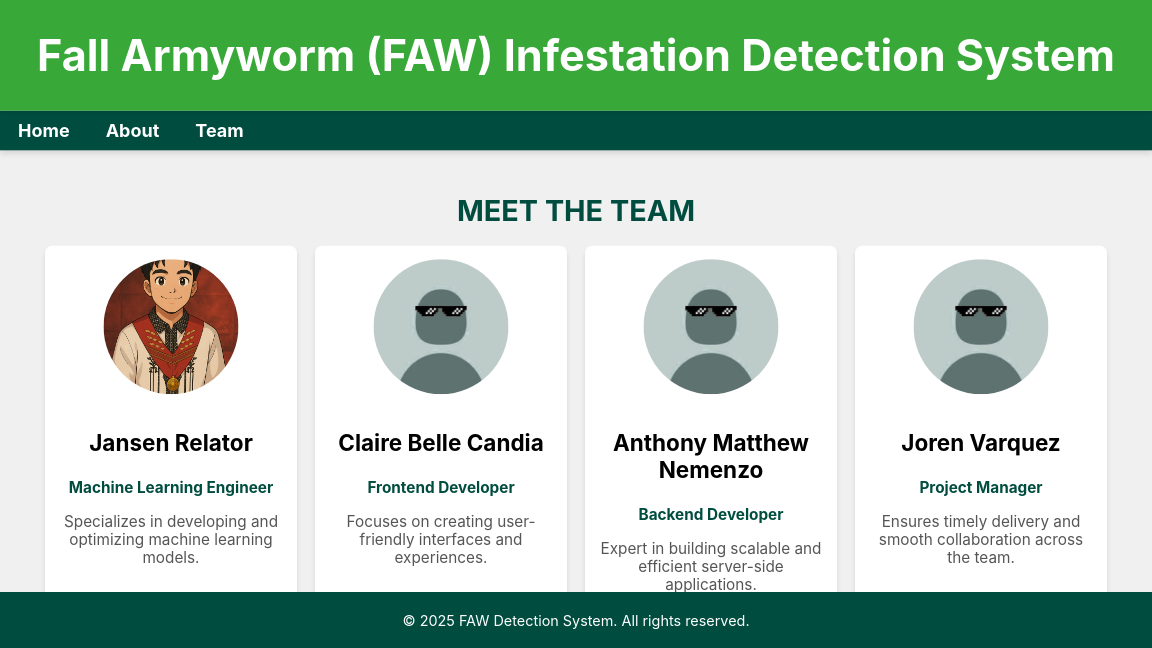
Repository: jansen223/faw-detection-main
Page: /team
These files come from the project's save history. The page is drawn as it stood at one moment and after a run of saves; the edit follows.
The browser window is 1280 px wide. The pictures show the whole page, at 90% of full size.
The page's requests for data from a server got no answer. The project was rebuilt for these pictures with package versions that can differ from the ones it lists, and the page was loaded fresh each time. No one was signed in, and anything a server would have sent is missing. Also part of the build but not shown: src/pages/Home.css, src/pages/Home.js, src/pages/About.css, src/pages/About.js, src/pages/Summary.css, src/pages/Summary.js.

Above is the page before, as saved 2025-04-10 18:36:41.

### public/index.html
<!DOCTYPE html>
<html lang="en">
<head>
  <meta charset="utf-8" />
  <link rel="icon" href="%PUBLIC_URL%/maize_icon.jpg" />
  <meta name="viewport" content="width=device-width, initial-scale=1" />
  <meta name="theme-color" content="#000000" />
  <meta name="description" content="FAW Detection Web Interface" />
  <title>FAW Detection</title>
</head>
<body>
  <noscript>You need to enable JavaScript to run this app.</noscript>
  <div id="root"></div>
</body>
</html>

### src/App.js
import React, { useEffect, useRef } from 'react';
import { BrowserRouter as Router, Routes, Route, Link } from 'react-router-dom';
import { io } from 'socket.io-client';
import Home from './pages/Home';
import About from './pages/About';
import Team from './pages/Team';
import Summary from './pages/Summary';
import './App.css';

function App() {
  const canvasRef = useRef(null);
  const socketRef = useRef(null);
  const [counts, setCounts] = React.useState({ infested: 0, notInfested: 0 });

  useEffect(() => {
    socketRef.current = io('http://192.168.254.108:5000');

    let lastRenderTime = 0;
    socketRef.current.on('video_frame', (data) => {
      const now = Date.now();
      if (now - lastRenderTime < 100) return; // Skip frames if less than 100ms
      lastRenderTime = now;

      const img = new Image();
      img.src = `data:[embedded picture, 38 characters]

      img.onload = () => {
        const canvas = canvasRef.current;
        if (!canvas) return;
        const ctx = canvas.getContext('2d');
        canvas.width = img.width;
        canvas.height = img.height;
        ctx.drawImage(img, 0, 0);
      };
    });

    socketRef.current.on('detection_counts', (data) => {
      setCounts({
        infested: data.infested_count,
        notInfested: data.not_infested_count
      });
    });

    return () => {
      if (socketRef.current) socketRef.current.disconnect();
    };
  }, []);

  const resetCounts = async () => {
    try {
      const response = await fetch('http://192.168.254.108:5000/reset_counts', {
        method: 'POST',
      });
      const data = await response.json();
      if (data.message) {
        setCounts({ infested: 0, notInfested: 0 });
        alert(data.message);
      }
    } catch (error) {
      console.error('Error resetting counts:', error);
    }
  };

  return (
    <Router>
      <div className="App">
        <header className="App-header">
          <h1>Fall Armyworm (FAW) Infestation Detection System</h1>
        </header>
        <nav className="App-navbar">
          <ul>
            <li><Link to="/">Home</Link></li>
            <li><Link to="/about">About</Link></li>
            <li><Link to="/team">Team</Link></li>
          </ul>
        </nav>
        <Routes>
          <Route path="/" element={<Home canvasRef={canvasRef} counts={counts} resetCounts={resetCounts} />} />
          <Route path="/about" element={<About />} />
          <Route path="/team" element={<Team />} />
          <Route path="/summary" element={<Summary />} />
        </Routes>
        <footer className="App-footer">
          <p>&copy; 2025 FAW Detection System. All rights reserved.</p>
        </footer>
      </div>
    </Router>
  );
}

export default App;

### src/pages/Team.js
import React from 'react';
import './Team.css';

function Team() {
  const teamMembers = [
    {
      name: "Jansen Relator",
      role: "Machine Learning Engineer",
      description: "Specializes in developing and optimizing machine learning models.",
      image: "images/jansen.png"
    },
    {
      name: "Claire Belle Candia",
      role: "Frontend Developer",
      description: "Focuses on creating user-friendly interfaces and experiences.",
      image: "images/profile.jpg"
    },
    {
      name: "Anthony Matthew Nemenzo",
      role: "Backend Developer",
      description: "Expert in building scalable and efficient server-side applications.",
      image: "images/profile.jpg"
    },
    {
      name: "Joren Varquez",
      role: "Project Manager",
      description: "Ensures timely delivery and smooth collaboration across the team.",
      image: "images/profile.jpg"
    }
  ];

  return (
    <div className="team-container">
      <h2>MEET THE TEAM</h2>
      <div className="team-members">
        {teamMembers.map((member, index) => (
          <div key={index} className="team-member">
            <img src={member.image} alt={`${member.name}`} className="team-member-image" />
            <h3>{member.name}</h3>
            <p className="team-member-role">{member.role}</p>
            <p className="team-member-description">{member.description}</p>
          </div>
        ))}
      </div>
    </div>
  );
}

export default Team;

### src/App.css
html {
  margin: 0;
  padding: 0;
}

body {
  margin: 0;
  padding: 0;
}

.App {
  text-align: center;
  background-color: #f0f0f0;
  min-height: 100vh;
  display: flex;
  flex-direction: column;
  align-items: center;
}

.App-header {
  background-color: rgba(9, 151, 9, 0.795);
  color: white;
  text-align: center;
  font-size: 1.5rem;
  font-weight: bold;
  box-shadow: 0 4px 6px rgba(0, 0, 0, 0.1);
  top: 0;
  z-index: 1000;
  width: 100%;
  margin: 0;
  box-sizing: border-box;
}

.App-navbar {
  background-color: #004d40;
  color: white;
  padding: 10px 0 10px 0;
  display: flex;
  justify-content: space-between;
  align-items: center;
  box-shadow: 0 4px 6px rgba(0, 0, 0, 0.1);
  width: 100%;
}

.App-navbar ul {
  list-style: none;
  display: flex;
  gap: 40px;
  margin: 0;
  padding: 0;
  padding-left: 20px;
}

.App-navbar a {
  color: white;
  text-decoration: none;
  font-weight: bold;
  font-size: 20px;
}

.App-navbar a:hover {
  text-decoration: underline;
}

.App-footer {
  background-color: #004d40;
  color: white;
  padding: 5px 20px;
  text-align: center;
  position: fixed;
  bottom: 0;
  width: 100%;
}

### src/pages/Team.css
.team-container {
  padding: 20px;
  text-align: center;
}

.team-container h2 {
  font-size: 2rem;
  color: #004d40;
  margin-bottom: 20px;
}

.team-members {
  display: flex;
  flex-wrap: wrap;
  gap: 20px;
  justify-content: center;
  margin-top: 20px;
}

.team-member {
  background-color: #ffffff;
  border-radius: 8px;
  box-shadow: 0 4px 6px rgba(0, 0, 0, 0.1);
  padding: 15px;
  text-align: center;
  width: 250px;
}

.team-member h3 {
  font-size: 25px;
}

.team-member p {
  font-size: 17px;
}
.team-member-image {
  border-radius: 50%;
  width: 150px;
  height: 150px;
  object-fit: cover;
  margin-bottom: 10px;
}

.team-member-role {
  font-weight: bold;
  color: #004d40;
  margin: 5px 0;
}

.team-member-description {
  font-size: 0.9rem;
  color: #555;
}

Loaded but not shown: src/index.js (common file); src/index.css (common file); src/reportWebVitals.js (common file)

After the next 2 saves:
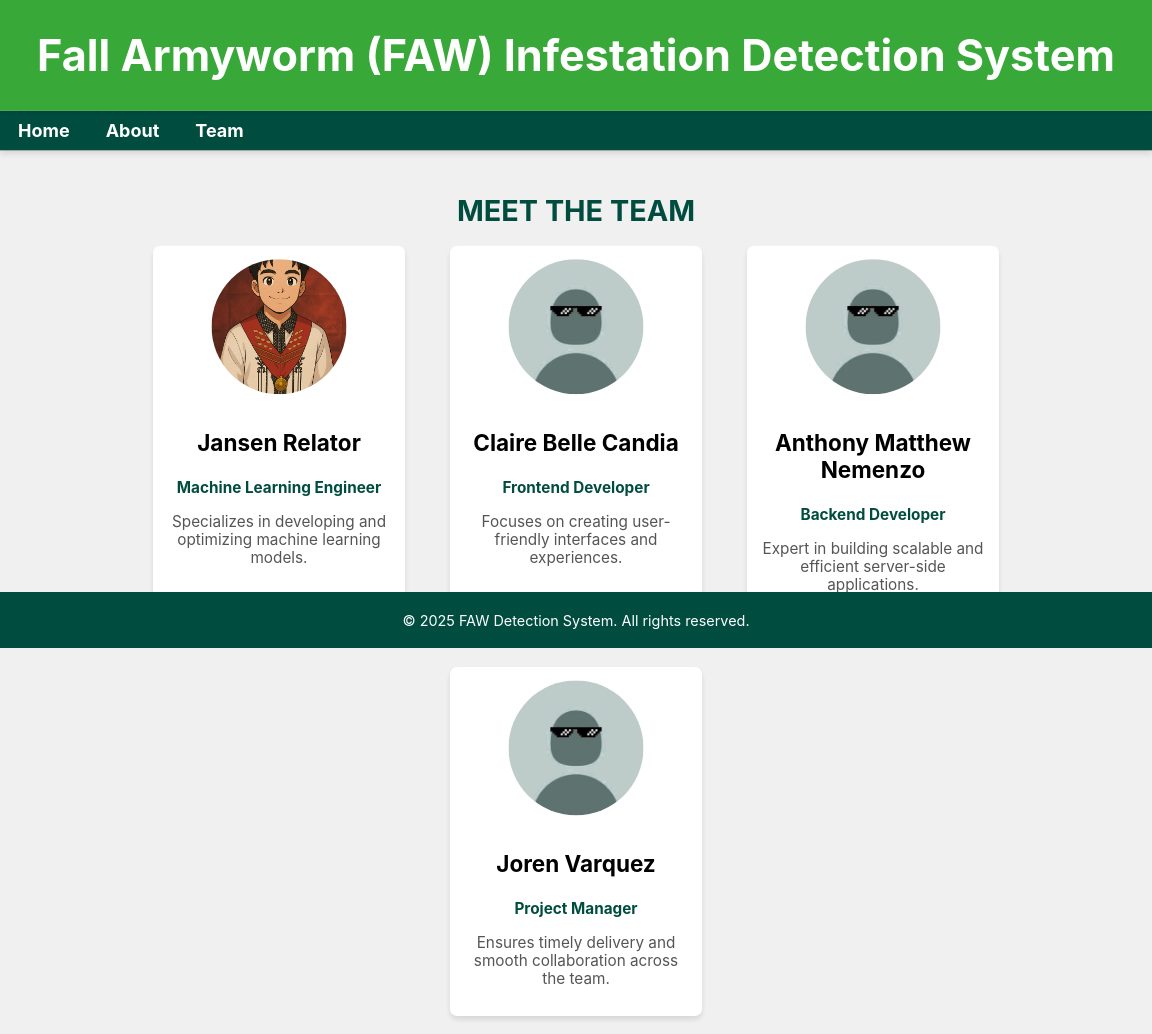
The 2 saves are shown as one change because they came seconds apart.
The last was saved 34 s later.
--- a/src/pages/Team.css
+++ b/src/pages/Team.css
@@ -12,7 +12,7 @@
 .team-members {
   display: flex;
   flex-wrap: wrap;
-  gap: 20px;
+  gap: 50px;
   justify-content: center;
   margin-top: 20px;
 }
